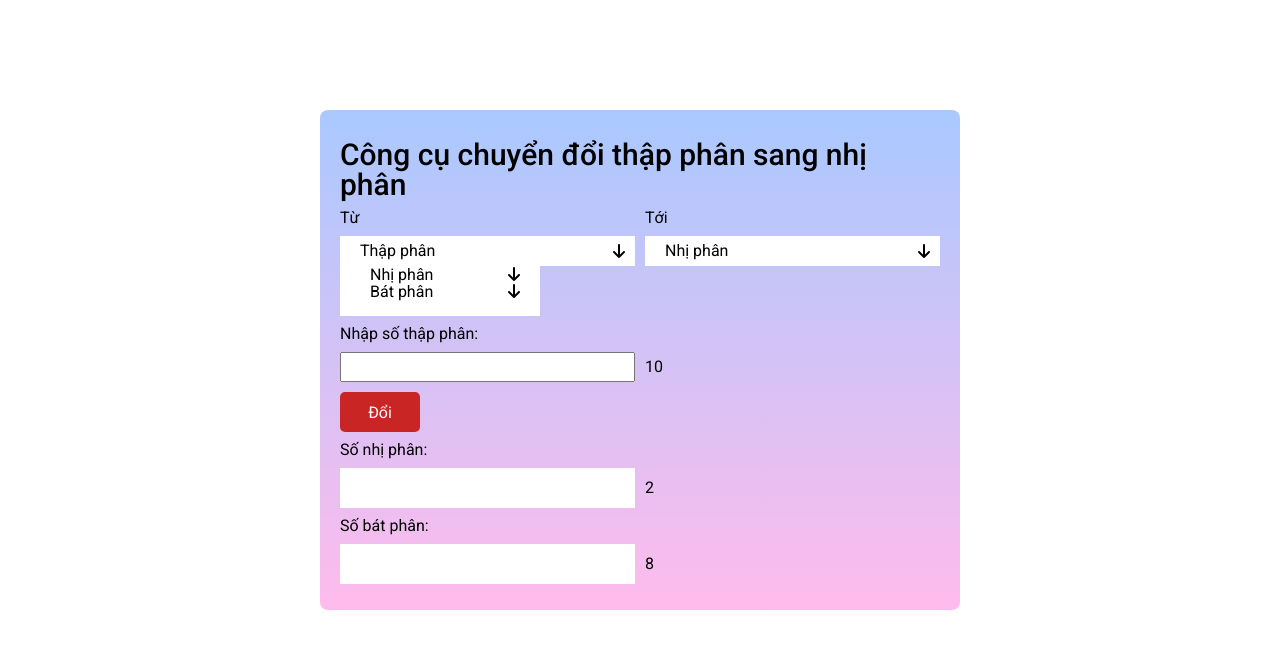
Repository: thuanpham00/covertNumber
Page: index.html
The author's editor kept a copy of each file at every save. The page is drawn from the files as they stood at one save, then again after the next save.
The browser window is 1280 px wide. The pictures show the whole page.
Some web libraries are served in a nearby version. The style sheet was rebuilt from its Sass, Less or Tailwind sources for each picture, by a compiler version that may differ from the author's.

Above is the page before, as saved 2023-11-05 16:45:03.
Console error: TypeError: Cannot read properties of null (reading 'addEventListener')

After the next save:
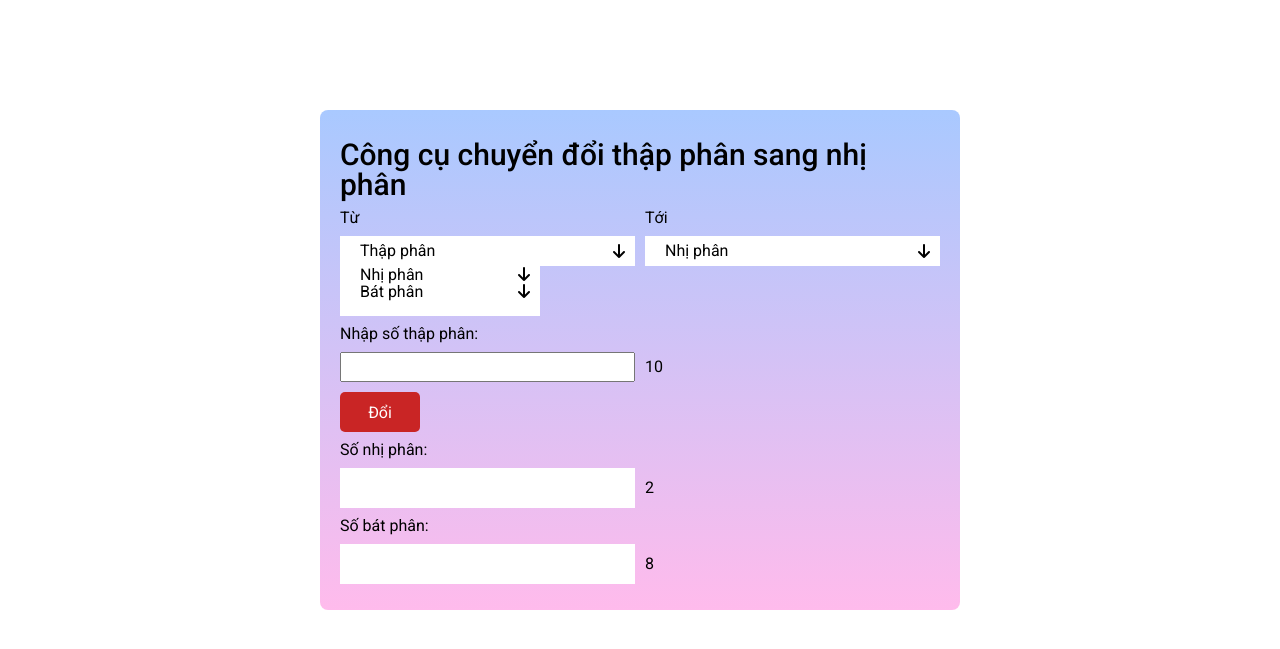
Saved 14 s later.
--- a/scss/main.scss
+++ b/scss/main.scss
@@ -230,7 +230,7 @@ button {
         display: flex;
         align-items: center;
         justify-content: space-between;
-        padding-left: 30px;
-        padding-right: 20px;
-    }
-}
+        padding-left:20px;
+        padding-right: 10px;
+    }
+}
